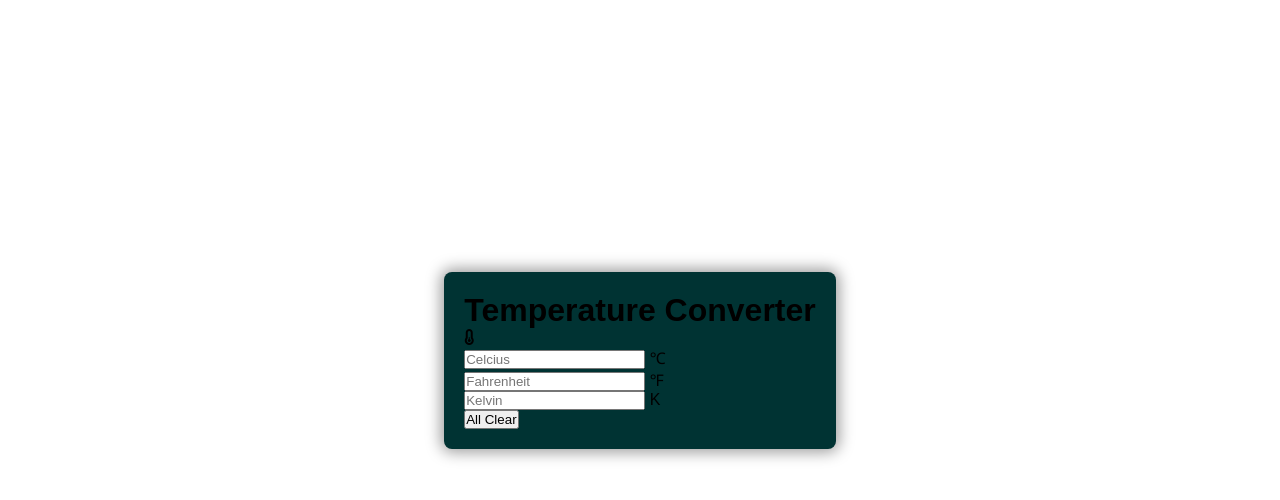
Repository: kiranjeetkaur01/tempconverter.github.io
Page: index.html
An editor plug-in stored every save of this project. The page is shown before and after the next save, followed by the edit.
The browser window is 1280 px wide. The pictures show the whole page.

Above is the page before, as saved 2023-09-27 12:13:51.

After the next save:
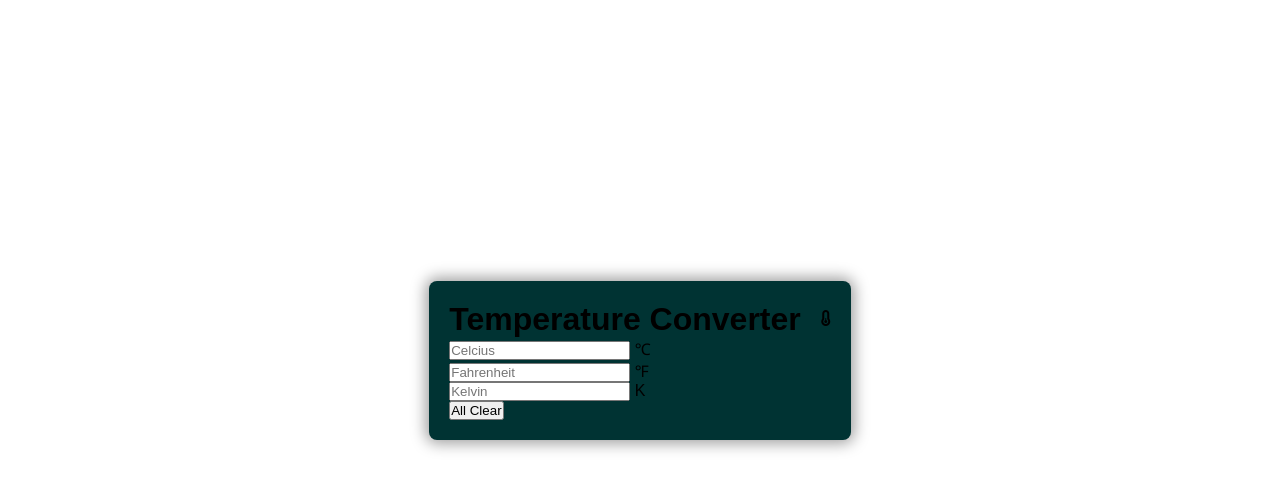
Saved 27 min 43 s later.
--- a/style.css
+++ b/style.css
@@ -18,3 +18,10 @@ body {
   font-family: sans-serif;
   padding: 20px;
 }
+.title {
+  display: flex;
+  justify-content: center;
+  align-items: center;
+  flex-wrap: wrap-reverse;
+  gap: 20px;
+}
